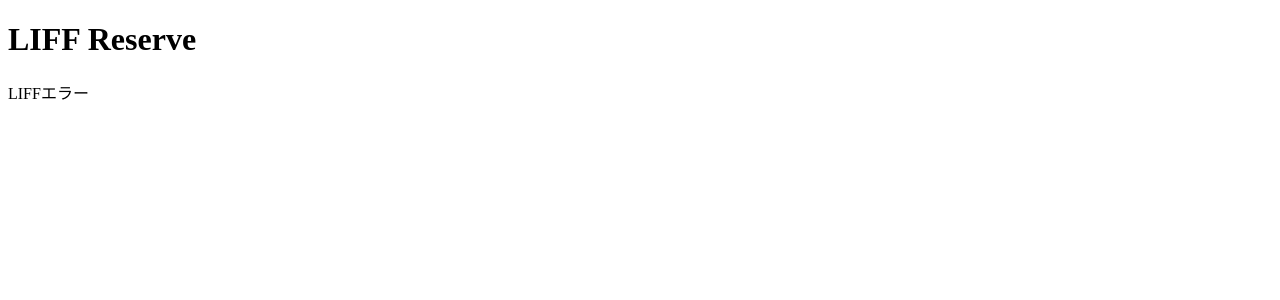
Repository: kazucv/liff-reserve
Page: index.html
An editor plug-in stored every save of this project. The page is shown before and after the next save, followed by the edit.
The browser window is 1280 px wide. The pictures show the whole page.
The page's requests for data from a server got no answer.

Above is the page before, as saved 2025-12-29 11:51:25.

After the next save:
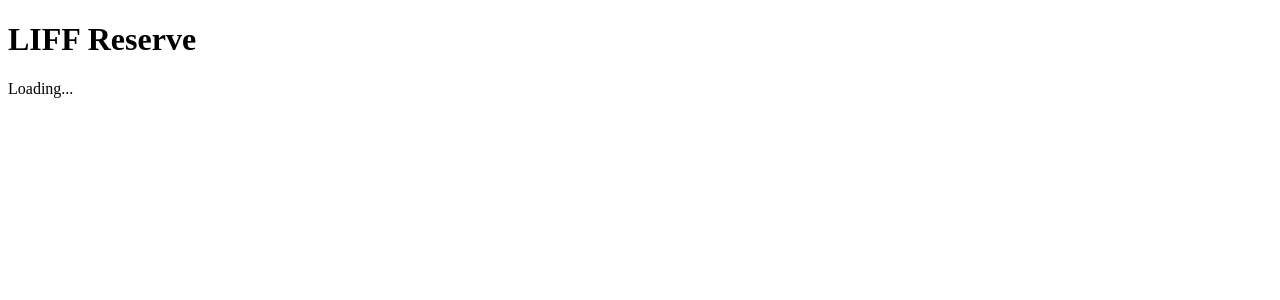
Saved 51 min 29 s later.
--- a/app.js
+++ b/app.js
@@ -1,19 +1,7 @@
-async function initLiff() {
-  try {
-    await liff.init({ liffId: "2008793696-IEhzXwEH" });
+const GAS_URL =
+  "https://script.google.com/macros/s/AKfycbx2e8Xd8kAQ--kWErdGY7CBtsJ8gDSD87SEQbtDHrfM5HL0xxGhfpzZ8hQ5Qjj8bRg/exec";
 
-    if (!liff.isLoggedIn()) {
-      liff.login();
-      return;
-    }
-
-    const profile = await liff.getProfile();
-    document.getElementById("status").textContent =
-      `こんにちは、${profile.displayName} さん 😊`;
-  } catch (e) {
-    document.getElementById("status").textContent = "LIFFエラー";
-    console.error(e);
-  }
-}
-
-initLiff();
+fetch(GAS_URL)
+  .then((r) => r.json())
+  .then((data) => console.log("GAS:", data))
+  .catch((err) => console.error("fetch error:", err));
